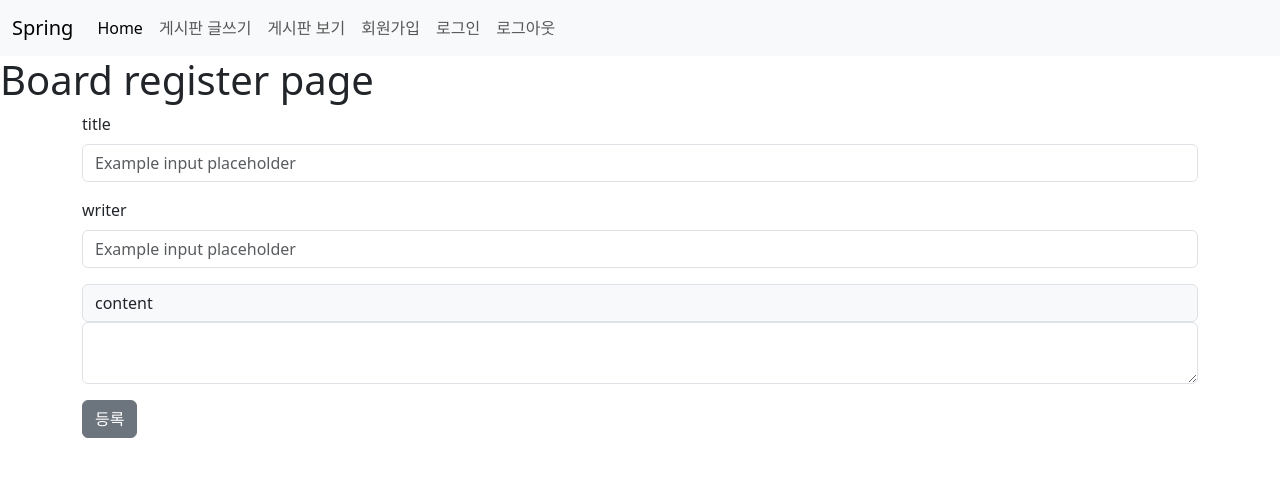
Repository: kimnoanoa/springTest240430
Page: http://localhost/spring_study/WEB-INF/views/board/register.jsp
An editor plug-in stored every save of this project. The page is shown before and after a run of saves, followed by the edit.
The browser window is 1280 px wide. The pictures show the whole page.
The page is served by Tomcat 9. Nobody is signed in. The template is opened directly, without the code that normally fills it, so the values that code supplies are empty.

Above is the page before, as saved 2024-04-24 01:09:44.

After the next 2 saves:
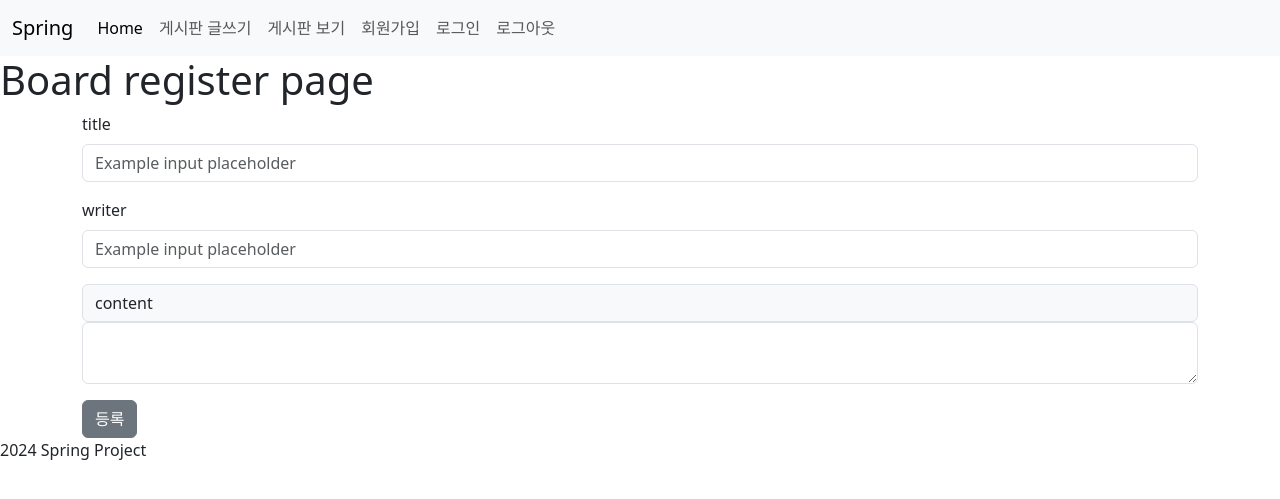
The 2 saves are shown as one change because they came seconds apart.
The last was saved 9 s later.
--- a/spring_study/src/main/webapp/WEB-INF/views/board/register.jsp
+++ b/spring_study/src/main/webapp/WEB-INF/views/board/register.jsp
@@ -20,4 +20,4 @@
 		</form>
 	</div>
 
-    <isp:include page="../layout/footer.jsp"></isp:include>
+    <jsp:include page="../layout/footer.jsp"></jsp:include>
